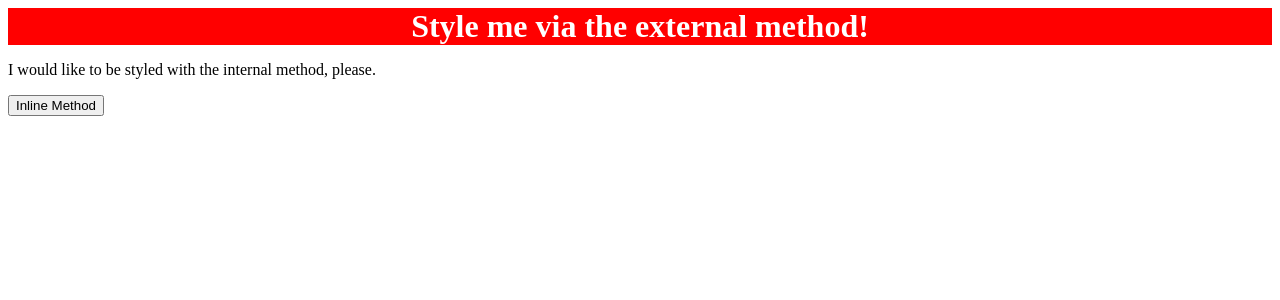
Repository: bbrockbrown/css-exercises
Page: foundations/01-css-methods/index.html
An editor plug-in stored every save of this project. The page is shown before and after the next save, followed by the edit.
The browser window is 1280 px wide. The pictures show the whole page.

Above is the page before, as saved 2024-07-07 14:05:34.

After the next save:
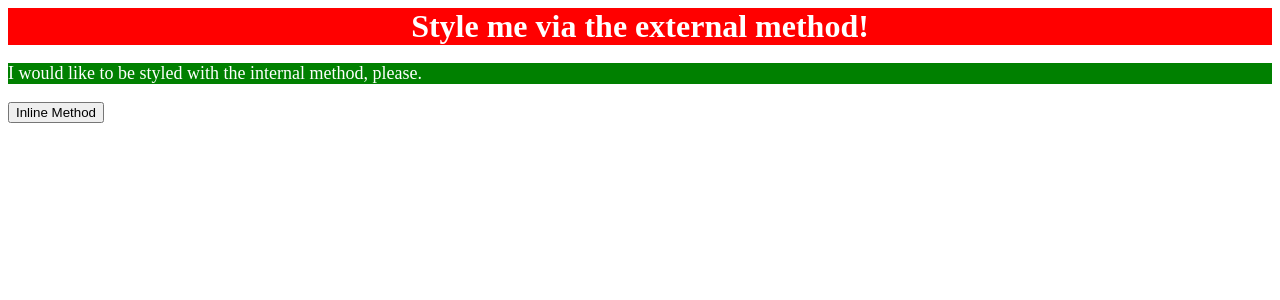
Saved 114 s later.
--- a/foundations/01-css-methods/index.html
+++ b/foundations/01-css-methods/index.html
@@ -6,6 +6,14 @@
     <meta name="viewport" content="width=device-width, initial-scale=1.0">
     <link rel="stylesheet" href="styles.css">
     <title>Methods for Adding CSS</title>
+
+    <style>
+      p {
+        background-color: green;
+        color: white;
+        font-size: 18px;
+      }
+    </style>
   </head>
 
   <body>
